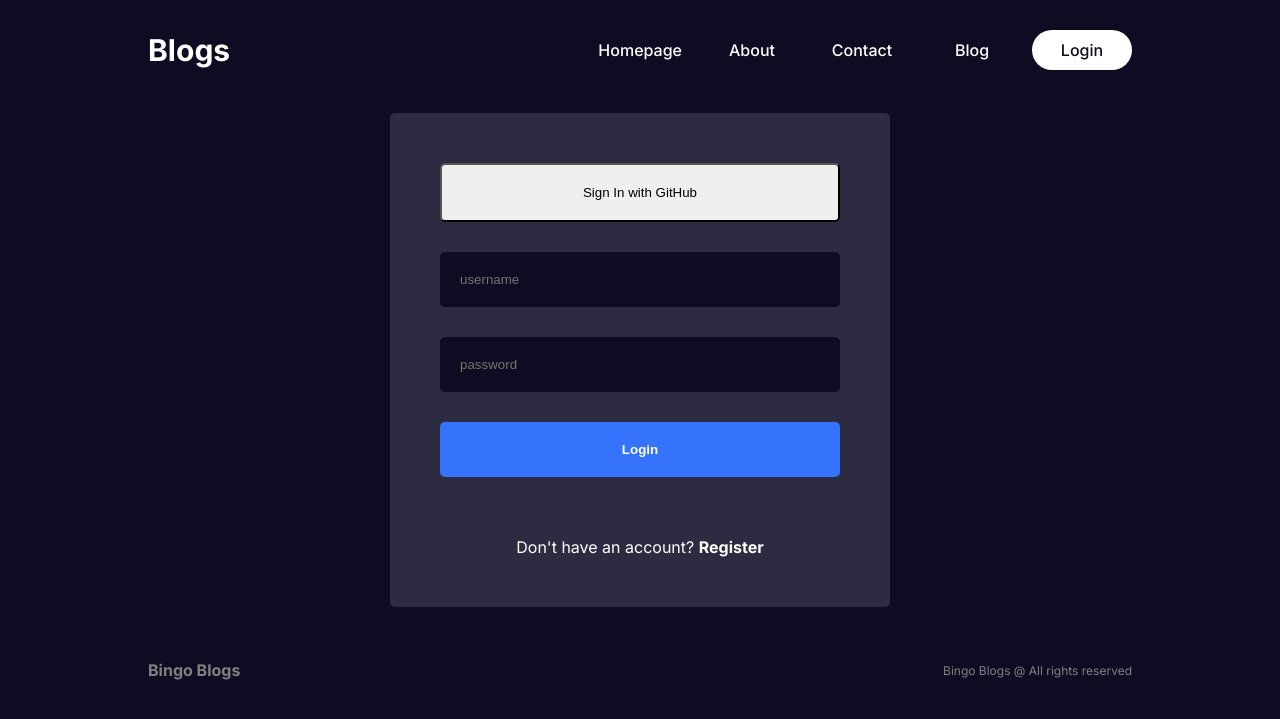
Repository: Kisho14/Blog-Post-Next.js
Page: /login
These files come from the project's save history. The page is drawn as it stood at one moment and after the next save; the edit follows.
The browser window is 1280 px wide. The pictures show the whole page.
The page's requests for data from a server got no answer. The project was rebuilt for these pictures with package versions that can differ from the ones it lists, and the page was loaded fresh each time. The framework's server and built-in components were replaced by stand-ins that run in the browser. No one was signed in, and anything a server would have sent is missing. Also part of the build but not shown: next.config.mjs. Imported but missing from the stored project, and not drawn on this page: src/lib/models.

Above is the page before, as saved 2024-04-08 16:43:53.

### src/app/layout.js
import { Inter } from "next/font/google";
import "./globals.css";
import Navbar from "@/components/navbar/Navbar";
import Footer from "@/components/footer/Footer";

const inter = Inter({ subsets: ["latin"] });

export const metadata = {
  title: {
    default: "Bingo Blog Homepage",
      template:"%s | Bingo Blog"
  },
  description: "Created and developed by Kishore Dev",
};

export default function RootLayout({ children }) {
  return (
    <html lang="en">
      <body className={inter.className}>
        <div className="container">
          <Navbar />
          {children}
          <Footer />
        </div>
      </body>
    </html>
  );
}

### src/app/(auth)/login/page.jsx
import LoginForm from "@/components/loginForm/LoginForm";
import { handleGithubLogin } from "@/lib/action";
import React from "react";
import styles from './login.module.css'

const LoginPage = async () => {
  return (
    <div className={styles.container}>
      <div className={styles.wrapper}>
        <form action={handleGithubLogin}>
          <button className={styles.github}>Sign In with GitHub</button>
        </form>
        <LoginForm />
      </div>
    </div>
  );
};

export default LoginPage;

### src/app/globals.css
/* @tailwind base;
@tailwind components;
@tailwind utilities; */

/* we can use these variable in any component or page */
:root {
  --bg: #0d0c22;
  --bgSoft: #2d2b42;
  --text: white;
  --textSoft: #e5e5e5;
  --btn: #3673fd;
}

* {
  margin: 0;
  padding: 0;
  box-sizing: border-box;
}

body {
  background-color: var(--bg);
  color: var(--text);
}

a {
  text-decoration: none;
  color: inherit;
}

.container {
  /* background-color: purple; */
  width: 1326px;
  margin: auto;
  padding-left: 50px;
  padding-right: 50px;
  min-height: 100vh;
  display: flex;
  flex-direction: column;
  justify-content: space-between;
}

@media (max-width: 1326px) {
  .container {
    width: 1280px;
  }
}
@media (max-width: 1280px) {
  .container {
    width: 1024px;
    padding-left: 20px;
    padding-right: 20px;
  }
}
@media (max-width: 1024px) {
  .container {
    width: 768px;
  }
}
@media (max-width: 768px) {
  .container {
    width: 640px;
  }
}
@media (max-width: 640px) {
  .container {
    width: 475px;
  }
}
@media (max-width: 475px) {
  .container {
    width: 380px;
  }
}

### src/components/navbar/Navbar.jsx
import Link from "next/link";
import React from "react";
import Links from "./links/Links";
import styles from "./navbar.module.css"
import { auth } from "@/lib/auth";

const Navbar = async () => {

const session = await auth();

// console.log(session)

  return (
    <div className={styles.container}>
      <Link href="/" className={styles.logo}>Blogs</Link>
      <div>
        <Links session={session}/>
      </div>
    </div>
  );
};

export default Navbar;

### src/components/footer/Footer.jsx
import React from 'react'
import styles from './footer.module.css'

const Footer = () => {
  return (
    <div className={styles.container}>
      <div className={styles.logo}>Bingo Blogs</div>
      <div className={styles.text}>Bingo Blogs @ All rights reserved</div>
    </div>
  )
}

export default Footer

### src/components/loginForm/LoginForm.jsx
"use client"
import React, { useEffect } from "react";
import styles from "./loginForm.module.css";
import { login } from "@/lib/action";
import { useFormState } from "react-dom";
import Link from "next/link";
import { useRouter } from "next/navigation";

const LoginForm = () => {
  const [state, formAction] = useFormState(login, undefined);

  const router = useRouter();

//   useEffect(()=>{
//     state?.success && router.push('/login')
//   },[state?.success, router])

  return (
    <form className={styles.form} action={formAction}>
      <input type="text" placeholder="username" name="username" />
      <input type="password" placeholder="password" name="password" />
      <button>Login</button>
      <span className={styles.errorMsg}>{state?.error}</span>
      <Link href="/Register">
        {"Don't have an account?"} <b>Register</b>
      </Link>
    </form>
  );
};

export default LoginForm;

### src/lib/action.js
"use server";
import { revalidatePath } from "next/cache";
import { Post, User } from "./models";
import { connectToDb } from "./utils";
import { signIn, signOut } from "./auth";
import bcrypt from "bcrypt";

export const addPost = async (formData) => {
  // const title = formData.get("title")
  // const desc = formData.get("desc")
  // const slug = formData.get("slug")
  // const userId = formData.get("userId")

  const { title, desc, slug, userId } = Object.fromEntries(formData);

  try {
    connectToDb();
    const newPost = new Post({
      title,
      desc,
      slug,
      userId,
    });

    await newPost.save();
    console.log("saved to db");
    //The cache is invalid only when this path is accessed.
    revalidatePath("/blog");
  } catch (err) {
    console.log(err);
    return { error: "Something went wrong" };
  }
};

export const deletePost = async (formData) => {
  const { id } = Object.fromEntries(formData);

  try {
    connectToDb();
    await Post.findByIdAndDelete(id);
    console.log("deleted from db");
    //The cache is invalid only when this path is accessed. and data's are refreshed.
    revalidatePath("/blog");
  } catch (err) {
    console.log(err);
    return { error: "Something went wrong" };
  }
};

export const handleGithubLogin = async () => {
  "use server";
  await signIn("github");
};

export const handleLogout = async () => {
  "use server";
  await signOut();
};

export const register = async (previousState, fromData) => {
  const { username, email, password, passwordRepeat } =
    Object.fromEntries(fromData);

  if (password !== passwordRepeat) {
    return { error: "Passwords do not match" };
  }

  try {
    connectToDb();

    const user = await User.findOne({ username: username });

    if (user) {
      return { error: "Username already exists" };
    }

    // Encrypting the password using bcrypt
    const salt = await bcrypt.genSalt(10);
    const hashedPassword = await bcrypt.hash(password, salt);

    const newUser = new User({
      username,
      email,
      password: hashedPassword,
    });

    await newUser.save();
    console.log("User saved to the database");

    return { success: true };
  } catch (err) {
    console.log(err);
    return { error: "Something went wrong" };
  }
};

export const login = async (fromData) => {
  const { username, password } = Object.fromEntries(fromData);

  try {
    await signIn("credentials", { username, password });
  } catch (err) {
    console.log(err);
    return { error: "Something went wrong" };
  }
};

### src/app/(auth)/login/login.module.css
.container {
    display: flex;
    align-items: center;
    justify-content: center;
  }

  .wrapper {
    width: 500px;
    background-color: var(--bgSoft);
    padding: 50px;
    display: flex;
    flex-direction: column;
    text-align: center;
    gap: 30px;
    border-radius: 5px;
  }

  .github{
    width: 100%;
    padding: 20px;
    cursor: pointer;
    border-radius: 5px;
    bottom: none;
  }

### src/components/navbar/links/Links.jsx
"use client";
import React, { useState } from "react";
import styles from "./links.module.css";
import NavLink from "./navLink/navLink";
import Image from "next/image";
import { handleLogout } from "@/lib/action";

const links = [
  {
    title: "Homepage",
    path: "/",
  },
  {
    title: "About",
    path: "/about",
  },
  {
    title: "Contact",
    path: "/contact",
  },
  {
    title: "Blog",
    path: "/blog",
  },
];

const Links = ({session}) => {
  const [open, setOpen] = useState(false);

  // TEMPORARY
  const isAdmin = true;

  return (
    <div className={styles.container}>
      <div className={styles.links}>
        {links.map((link) => (
          <NavLink link={link} key={link.title} />
        ))}
        {session?.user ? (
          <>
            {session.user?.isAdmin && <NavLink link={{ title: "Admin", path: "/admin" }} />}
            <form action={handleLogout}>
              <button className={styles.logout}>Logout</button>
            </form>
          </>
        ) : (
          <NavLink link={{ title: "Login", path: "/login" }} />
        )}
      </div>
      <Image
        className={styles.menuButton}
        src="/menu.png"
        alt=""
        width={30}
        height={30}
        onClick={() => setOpen((prev) => !prev)}
      />
      {open && (
        <div className={styles.mobileLinks}>
          {links.map((link) => (
            <NavLink link={link} key={link.title} />
          ))}
        </div>
      )}
    </div>
  );
};

export default Links;

### src/components/navbar/navbar.module.css
.container{
    height: 100px;
    display: flex;
    align-items: center;
    justify-content: space-between;
}

.logo{
    font-size: 30px;
    font-weight: bold;
    padding-right: 20px;
}

### src/lib/auth.js
import NextAuth from "next-auth";
import GitHub from "next-auth/providers/github";
import CredentialsProvider from "next-auth/providers/credentials";
import { connectToDb } from "./utils";
import { User } from "./models";
import bcrypt from "bcrypt";

const login = async (credentials) => {
  try {
    connectToDb();
    const user = await User.findOne({ username: credentials.username });

    if (!user) {
      return "User not found";
    }
    const isPasswordCorrect = await bcrypt.compare(
      credentials.password,
      user.password
    );

    if (!isPasswordCorrect) {
      throw new Error("Wrong credentials!");
    }

    return user;
  } catch (err) {
    console.log(err);
    throw new Error("Failed to login");
  }
};

export const {
  handlers: { GET, POST },
  auth,
  signIn,
  signOut,
} = NextAuth({
  providers: [
    // Using this provider we can create the user session
    GitHub({
      clientId: process.env.GITHUB_ID,
      clientSecret: process.env.GITHUB_SECRET,
    }),
    CredentialsProvider({
      async authorize(credentials) {
        console.log("Hey there!")
        try {
          const user = await login(credentials)
          return user;
        } catch (err) {
          return null;
        }
      },
    }),
  ],
  callbacks: {
    async signIn({ user, account, profile }) {
      // console.log(profile)
      if (account.provider === "github") {
        connectToDb();
        try {
          const user = await User.findOne({ email: profile.email });

          if (!user) {
            const newUser = new User({
              username: profile.login,
              email: profile.email,
              img: profile.avatar_url,
            });

            await newUser.save();
          }
        } catch (err) {
          console.log(err);
          return false;
        }
      }
      return true;
    },
  },
});

### src/components/footer/footer.module.css
.container{
    height: 100px;
    display: flex;
    align-items: center;
    justify-content: space-between;
    color: gray;
}

.logo{
    font-weight: bold;
}

.text{
    font-size: 12px;
}

@media (max-width:768px){
    .container{
        flex-direction: column;
        align-items: center;
        justify-content: space-around;
    }
}

### src/components/loginForm/loginForm.module.css
.form {
    display: flex;
    flex-direction: column;
    text-align: center;
    gap: 30px;
  }

  .form input {
    padding: 20px;
    background-color: var(--bg);
    color: var(--text);
    border: none;
    border-radius: 5px;
  }

  .form button {
    padding: 20px;
    cursor: pointer;
    background-color: var(--btn);
    color: var(--textColor);
    font-weight: bold;
    border: none;
    border-radius: 5px;
  }

  .errorMsg {
    color: red;
  }

### src/lib/utils.js
const { default: mongoose } = require("mongoose");

// If we are working in dev mode, whenever we refresh our application it will create a new connection to db.
const connection = {
    isConnected: false,
};

export const connectToDb = async () => {
  try {
    if(connection.isConnected){
        console.log("Using existing connection")
        return;
    }
    const db = await mongoose.connect(process.env.MONGO);
    connection.isConnected = db.connections[0].readyState;
  } catch (error) {
    console.error(error)
    // handleError(error);
  }
};

### src/components/navbar/links/links.module.css
.links {
  display: flex;
  align-items: center;
  gap: 10px;
}

.logout {
  padding: 10px;
  cursor: pointer;
  font-weight: bold;
}

.menuButton,
.mobileLinks {
  display: none;
}

@media (max-width: 768px) {
  .links {
    display: none;
  }

  .menuButton {
    display: block;
    cursor: pointer;
  }

  .mobileLinks {
    position: absolute;
    top: 100px;
    right: 0;
    width: 50%;
    height: calc(100vh - 100px);
    background-color: var(--bg);
    display: flex;
    flex-direction: column;
    align-items: center;
    justify-content: center;
    gap: 10px;
  }
}

### src/components/navbar/links/navLink/navLink.jsx
"use client";
import React from "react";
import styles from "./navLink.module.css";
import Link from "next/link";
import { usePathname } from "next/navigation";

const NavLink = ({ link }) => {
  // It is used to get the path name from the url
  const pathName = usePathname();

  return (
    <Link
      href={link.path}
      className={`${styles.container} ${
        pathName === link.path && styles.active
      }`}
    >
      {link.title}
    </Link>
  );
};

export default NavLink;

Loaded but not shown: src/components/navbar/links/navLink/navLink.module.css (common file); tailwind.config.js (common file)

After the next save:
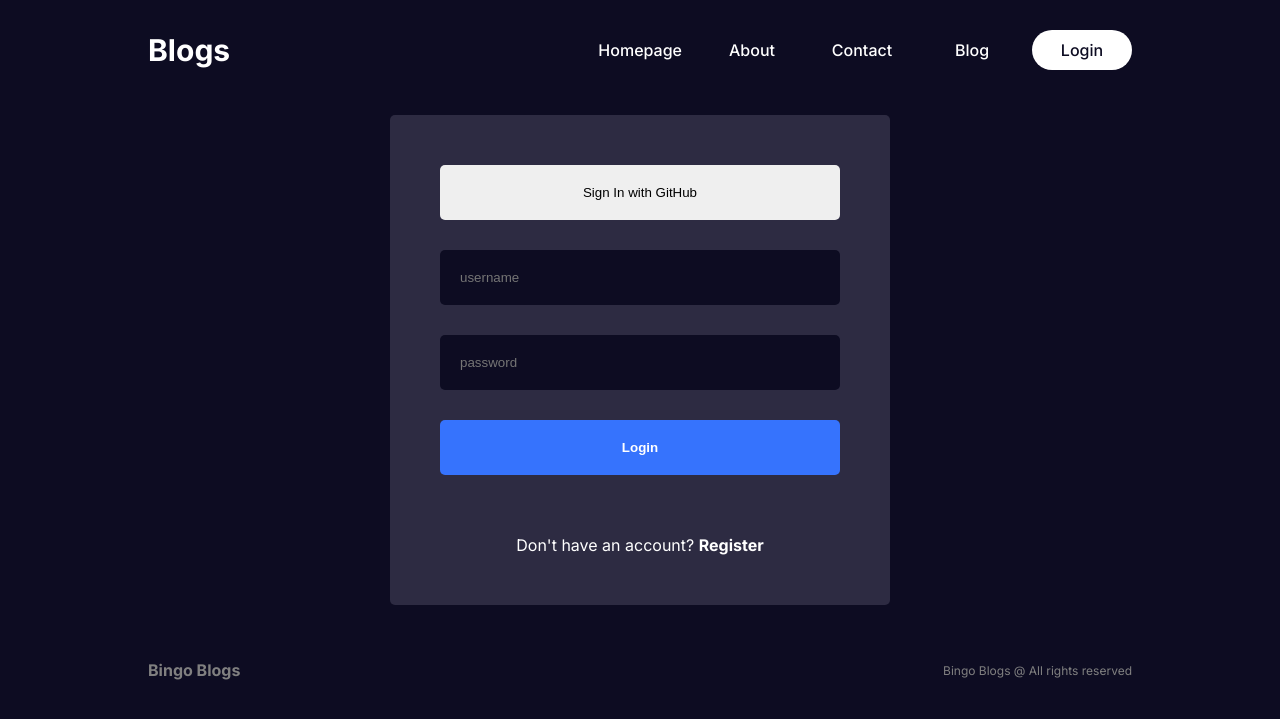
Saved 14 s later.
--- a/src/app/(auth)/login/login.module.css
+++ b/src/app/(auth)/login/login.module.css
@@ -20,5 +20,5 @@
     padding: 20px;
     cursor: pointer;
     border-radius: 5px;
-    bottom: none;
+    border: none;
   }
